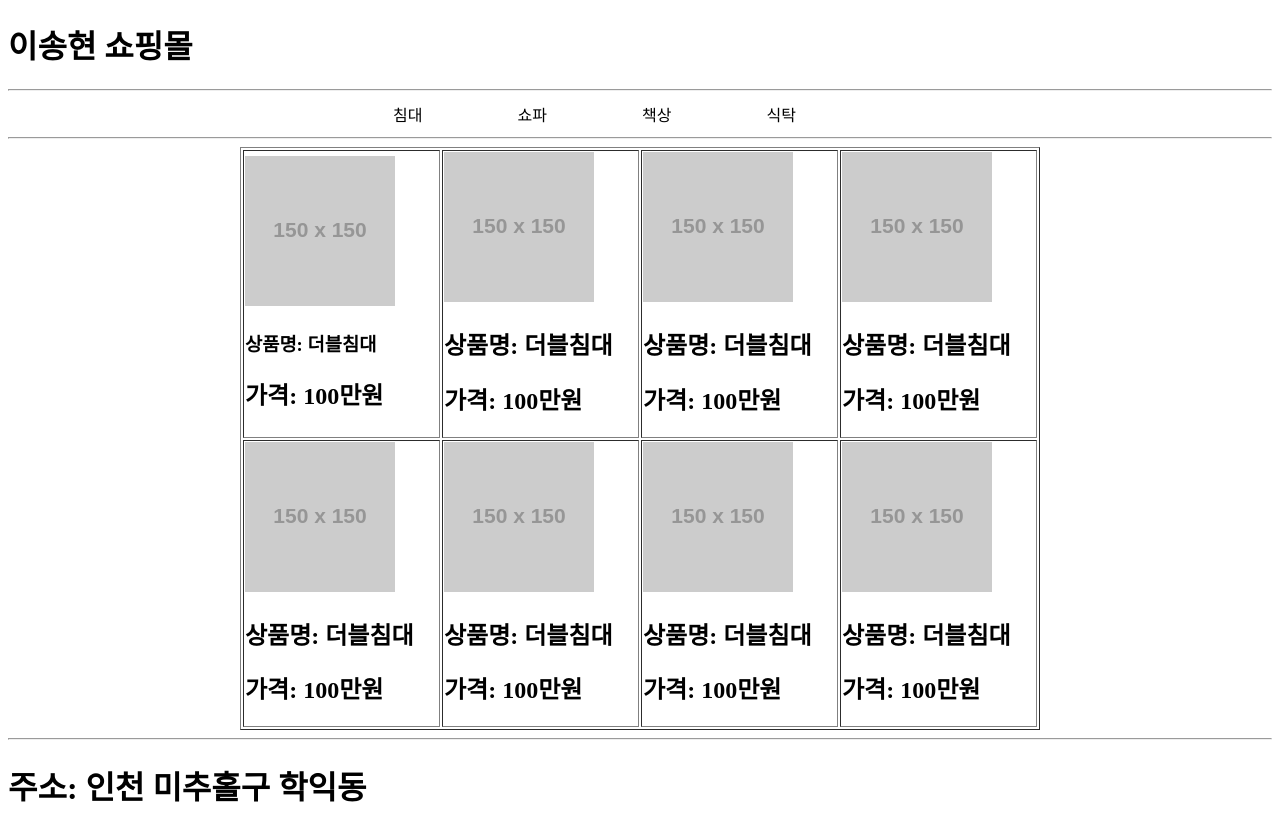
Repository: kmg8138/html
Page: 2020.04.06/ex0406/WebContent/ex07.html
These files come from the project's save history. The page is drawn as it stood at one moment and after the next save; the edit follows.
The browser window is 1280 px wide. The pictures show the whole page.

Above is the page before, as saved 2020-04-06 07:41:32.

After the next save:
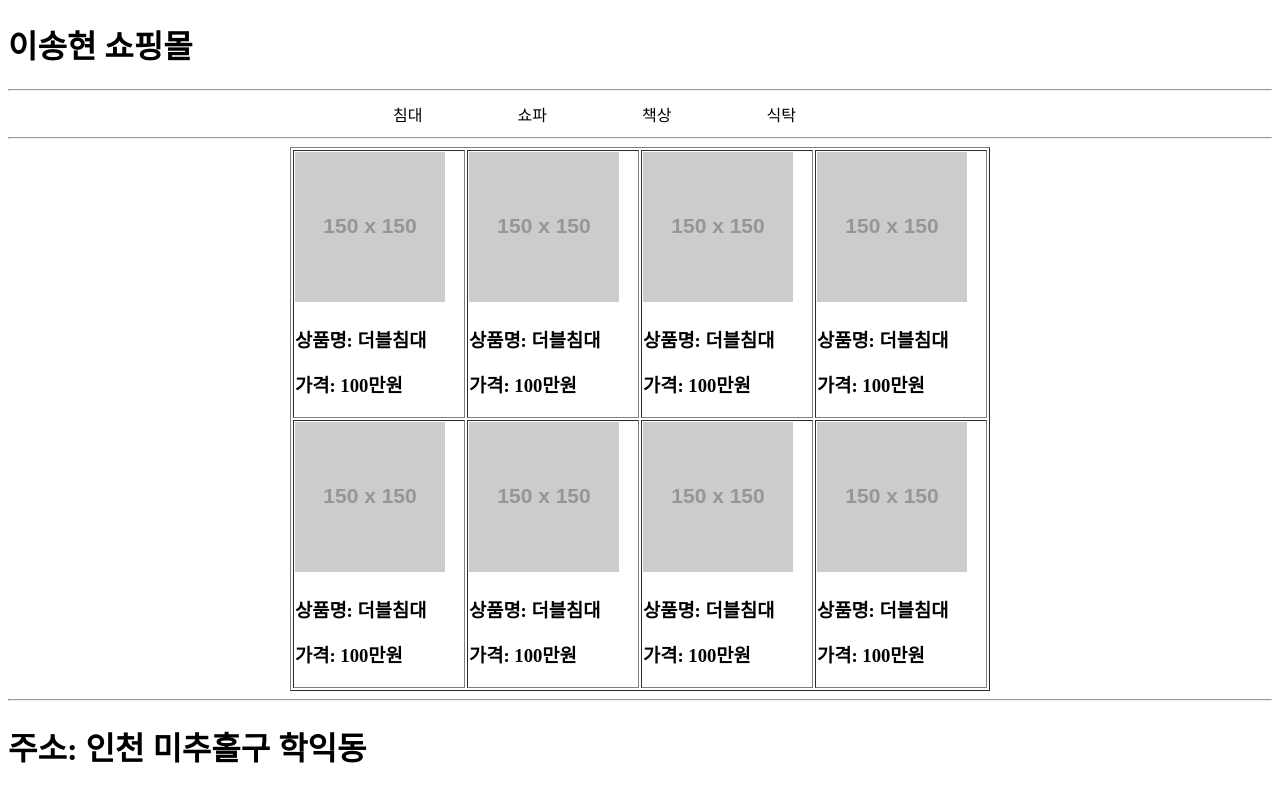
Saved 48 s later.
--- a/2020.04.06/ex0406/WebContent/ex07.html
+++ b/2020.04.06/ex0406/WebContent/ex07.html
@@ -27,49 +27,49 @@
 	</nav>
 
 	<section>
-		<table border=1 width=800>
+		<table border=1 width=700>
 			<tr>
 				<td>
 					<img src="http://placehold.it/150x150"><br>
 					<h3>상품명: 더블침대<br></h3>
-					<h1>가격: 100만원</h1>
+					<h3>가격: 100만원</h3>
 				</td>
 				<td>
 					<img src="http://placehold.it/150x150"><br>
-					<h1>상품명: 더블침대<br></h1>
-					<h1>가격: 100만원</h1>
+					<h3>상품명: 더블침대<br></h3>
+					<h3>가격: 100만원</h3>
 				</td>
 				<td>
 					<img src="http://placehold.it/150x150"><br>
-					<h1>상품명: 더블침대<br></h1>
-					<h1>가격: 100만원</h1>
+					<h3>상품명: 더블침대<br></h3>
+					<h3>가격: 100만원</h3>
 				</td>
 				<td>
 					<img src="http://placehold.it/150x150"><br>
-					<h1>상품명: 더블침대<br></h1>
-					<h1>가격: 100만원</h1>
+					<h3>상품명: 더블침대<br></h3>
+					<h3>가격: 100만원</h3>
 				</td>
 			</tr>
 			<tr>
 				<td>
 					<img src="http://placehold.it/150x150"><br>
-					<h1>상품명: 더블침대<br></h1>
-					<h1>가격: 100만원</h1>
+					<h3>상품명: 더블침대<br></h3>
+					<h3>가격: 100만원</h3>
 				</td>
 				<td>
 					<img src="http://placehold.it/150x150"><br>
-					<h1>상품명: 더블침대<br></h1>
-					<h1>가격: 100만원</h1>
+					<h3>상품명: 더블침대<br></h3>
+					<h3>가격: 100만원</h3>
 				</td>
 				<td>
 					<img src="http://placehold.it/150x150"><br>
-					<h1>상품명: 더블침대<br></h1>
-					<h1>가격: 100만원</h1>
+					<h3>상품명: 더블침대<br></h3>
+					<h3>가격: 100만원</h3>
 				</td>
 				<td>
 					<img src="http://placehold.it/150x150"><br>
-					<h1>상품명: 더블침대<br></h1>
-					<h1>가격: 100만원</h1>
+					<h3>상품명: 더블침대<br></h3>
+					<h3>가격: 100만원</h3>
 				</td>
 			</tr>
 		</table>
